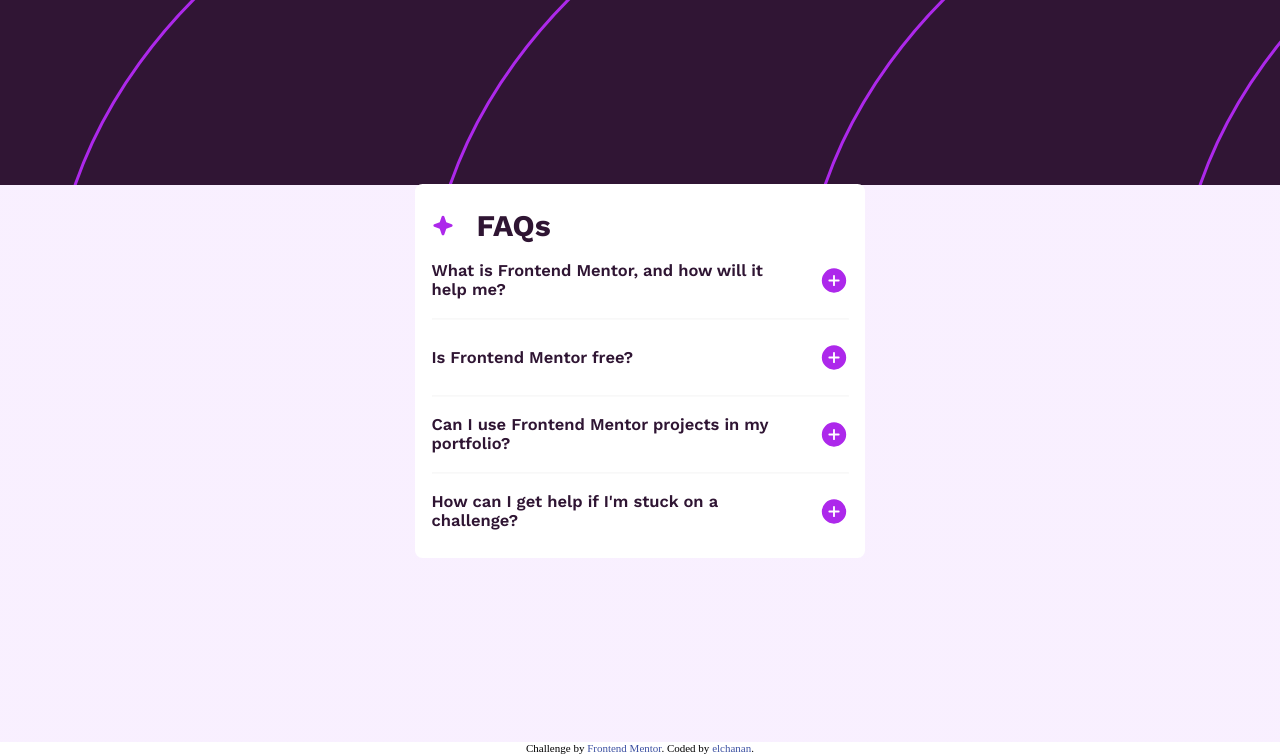
Repository: elchananChen/frontend-mentor-projects
Page: 2024/10/faQs/index.html
An editor plug-in stored every save of this project. The page is shown before and after the next save, followed by the edit.
The browser window is 1280 px wide. The pictures show the whole page.

Above is the page before, as saved 2024-10-15 23:53:39.

### 2024/10/faQs/index.html
<!DOCTYPE html>
<html lang="en">
  <head>
    <meta charset="UTF-8" />
    <meta name="viewport" content="width=device-width, initial-scale=1.0" />

    <link
      rel="icon"
      type="image/png"
      sizes="32x32"
      href="./assets/images/favicon-32x32.png"
    />

    <title>Frontend Mentor | FAQ accordion</title>

    <style>
      .attribution {
        font-size: 11px;
        text-align: center;
      }
      .attribution a {
        color: hsl(228, 45%, 44%);
      }
    </style>
    <link rel="stylesheet" href="./style.css" />
  </head>
  <body>
    <article>
      <div class="card">
        <header>
          <div class="header flex">
            <div class="star-wrapper">
              <img
                class="star-icon"
                src="./assets/images/icon-star.svg"
                alt="icon-star"
              />
            </div>
            <h1>FAQs</h1>
          </div>
        </header>
        <main>
          <div class="q-wrapper">
            <div class="flex q-head">
              <h3>What is Frontend Mentor, and how will it help me?</h3>
              <div class="sign-big-wrapper">
                <div class="sign-wrapper">
                  <img
                    class="sign-img"
                    src="./assets/images/icon-plus.svg"
                    alt="plus-sign"
                  />
                </div>
              </div>
            </div>
            <p class="p hidden">
              Frontend Mentor offers realistic coding challenges to help
              developers improve their frontend coding skills with projects in
              HTML, CSS, and JavaScript. It's suitable for all levels and ideal
              for portfolio building.
            </p>
          </div>
          <hr />
          <div class="q-wrapper">
            <div class="flex q-head">
              <h3>Is Frontend Mentor free?</h3>
              <div class="sign-big-wrapper">
                <div class="sign-wrapper">
                  <img
                    class="sign-img"
                    src="./assets/images/icon-plus.svg"
                    alt="plus-sign"
                  />
                </div>
              </div>
            </div>
            <p class="p hidden">
              Yes, Frontend Mentor offers both free and premium coding
              challenges, with the free option providing access to a range of
              projects suitable for all skill levels.
            </p>
          </div>
          <hr />
          <div class="q-wrapper">
            <div class="flex q-head">
              <h3>Can I use Frontend Mentor projects in my portfolio?</h3>
              <div class="sign-big-wrapper">
                <div class="sign-wrapper">
                  <img
                    class="sign-img"
                    src="./assets/images/icon-plus.svg"
                    alt="plus-sign"
                  />
                </div>
              </div>
            </div>
            <p class="p hidden">
              Yes, you can use projects completed on Frontend Mentor in your
              portfolio. It's an excellent way to showcase your skills to
              potential employers!
            </p>
          </div>
          <hr />
          <div class="q-wrapper">
            <div class="flex q-head">
              <h3>How can I get help if I'm stuck on a challenge?</h3>
              <div class="sign-big-wrapper">
                <div class="sign-wrapper">
                  <img
                    class="sign-img"
                    src="./assets/images/icon-plus.svg"
                    alt="plus-sign"
                  />
                </div>
              </div>
            </div>
            <p class="hidden">
              The best place to get help is inside Frontend Mentor's Discord
              community. There's a help channel where you can ask questions and
              seek support from other community members.
            </p>
          </div>
        </main>
      </div>
    </article>
    <div class="attribution">
      Challenge by
      <a href="https://www.frontendmentor.io?ref=challenge" target="_blank"
        >Frontend Mentor</a
      >. Coded by <a href="#">elchanan</a>.
    </div>
    <script src="main.js"></script>
  </body>
</html>

### 2024/10/faQs/style.css
@import url("./css/reset.css");
@import url("./css/varieble.css");
@import url("./css/fonts.css");
@import url("./css/utilities.css");

h1 {
  font-family: "work-sans";
  font-weight: 700;
  font-size: 2rem;
}
h3 {
  font-family: "work-sans";
  font-weight: 600;
}
p {
  padding-block: 1rem;
  font-family: "work-sans";
  color: var(--color-Grayish-purple);
  line-height: 1.6;
}
article {
  display: flex;
  justify-content: center;
  min-height: 100vh;
  width: 100%;
  padding: 1rem;
  padding-block: 12.25rem;
  background: linear-gradient(180deg, transparent 25%, hsl(275, 100%, 97%) 25%),
    url("./assets/images/background-pattern-mobile.svg");
}
.card {
  flex-basis: 30rem;
  background-color: var(--color-White);
  padding: 1.1rem;
  border-radius: 0.5rem;
}
header {
  font-family: "";
  font-weight: bolder;
}
h1 {
  color: var(--color-Dark-purple);
}
h3 {
  font-size: 1.1rem;
  color: var(--color-Dark-purple);
}
.header {
  align-items: center;
  gap: 1.5rem;
  margin-block: 0.5rem;
}
.star-wrapper {
  width: 1.5rem;
  height: 1.5rem;
}
.q-head {
  gap: 1.5rem;
  padding-block: 0.5rem;
  align-items: center;
  justify-content: space-between;
}
.sign-wrapper {
  display: flex;
  align-items: center;
  justify-content: end;
  width: 3rem;
  height: 3rem;
  flex-basis: 2rem;
  flex-shrink: 0;
}
.sign-wrapper:hover {
  cursor: pointer;
}
.sign-img {
  flex-basis: 2rem;
  width: 2rem;
  height: 2rem;
  object-fit: cover;
}
hr {
  border-color: rgba(0, 0, 0, 0.023);
  margin-block: 0.5rem;
}

### 2024/10/faQs/main.js
const minusSignsEL = document.querySelectorAll(".minus-container");
const signBtnsEl = document.querySelectorAll(".sign-big-wrapper");

signBtnsEl.forEach((sign) => {
  sign.addEventListener("click", (ev) => {
    let current = "";
    const alt = ev.target.alt;
    const wrapperEL = ev.target.closest(".q-wrapper");
    const pEL = wrapperEL.querySelector("p");
    if (alt === "plus-sign") {
      current = "minus";
      ev.target.alt = "minus-sign";
      pEL.classList.remove("hidden");
    } else if (alt === "minus-sign") {
      current = "plus";
      ev.target.alt = "plus-sign";
      pEL.classList.add("hidden");
    } else console.error("Error: sign path missing");
    ev.target.src = `./assets/images/icon-${current}.svg`;
  });
});

### 2024/10/faQs/css/reset.css
* {
  box-sizing: border-box;
  margin: 0;
  padding: 0;
}
html {
  font-family: "overpass-Regular";
}
html,
body {
  min-height: 100vh;
  width: 100%;
  font-size: 15px;
}

img {
  font-family: "work-sans-italic";

  display: block;
  max-width: 100%;
}
h1,
h2,
h3,
h4,
h5,
h6 {
  font-size: 1rem;
  font-weight: normal;
}
button {
  border: 0px;
}

ul,
ol {
  padding-left: 0.5rem;
}
a {
  text-decoration: none;
  color: inherit;
}

### 2024/10/faQs/css/varieble.css
:root {
  --color-White: hsl(0, 0%, 100%);
  --color-Light-pink: hsl(275, 100%, 97%);
  --color-Grayish-purple: hsl(292, 16%, 49%);
  --color-Dark-purple: hsl(292, 42%, 14%);
}

### 2024/10/faQs/css/fonts.css
@font-face {
  font-family: "work-sans-italic";
  src: url("../assets/fonts/WorkSans-Italic-VariableFont_wght.ttf");
}
@font-face {
  font-family: "work-sans";
  src: url("../assets/fonts/WorkSans-VariableFont_wght.ttf");
}

### 2024/10/faQs/css/utilities.css
.flex {
  display: flex;
}
.hidden {
  display: none;
}

After the next save:
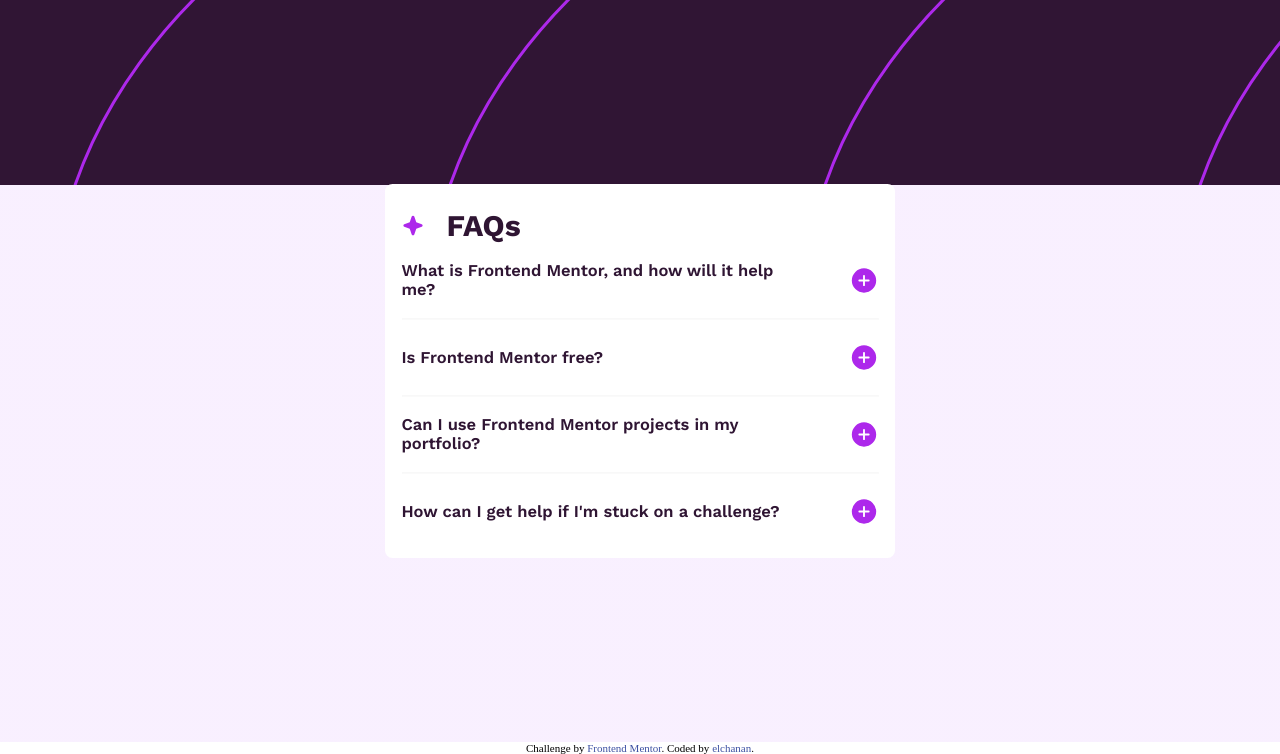
Saved 31 s later.
--- a/2024/10/faQs/style.css
+++ b/2024/10/faQs/style.css
@@ -29,7 +29,7 @@
     url("./assets/images/background-pattern-mobile.svg");
 }
 .card {
-  flex-basis: 30rem;
+  flex-basis: 34rem;
   background-color: var(--color-White);
   padding: 1.1rem;
   border-radius: 0.5rem;
